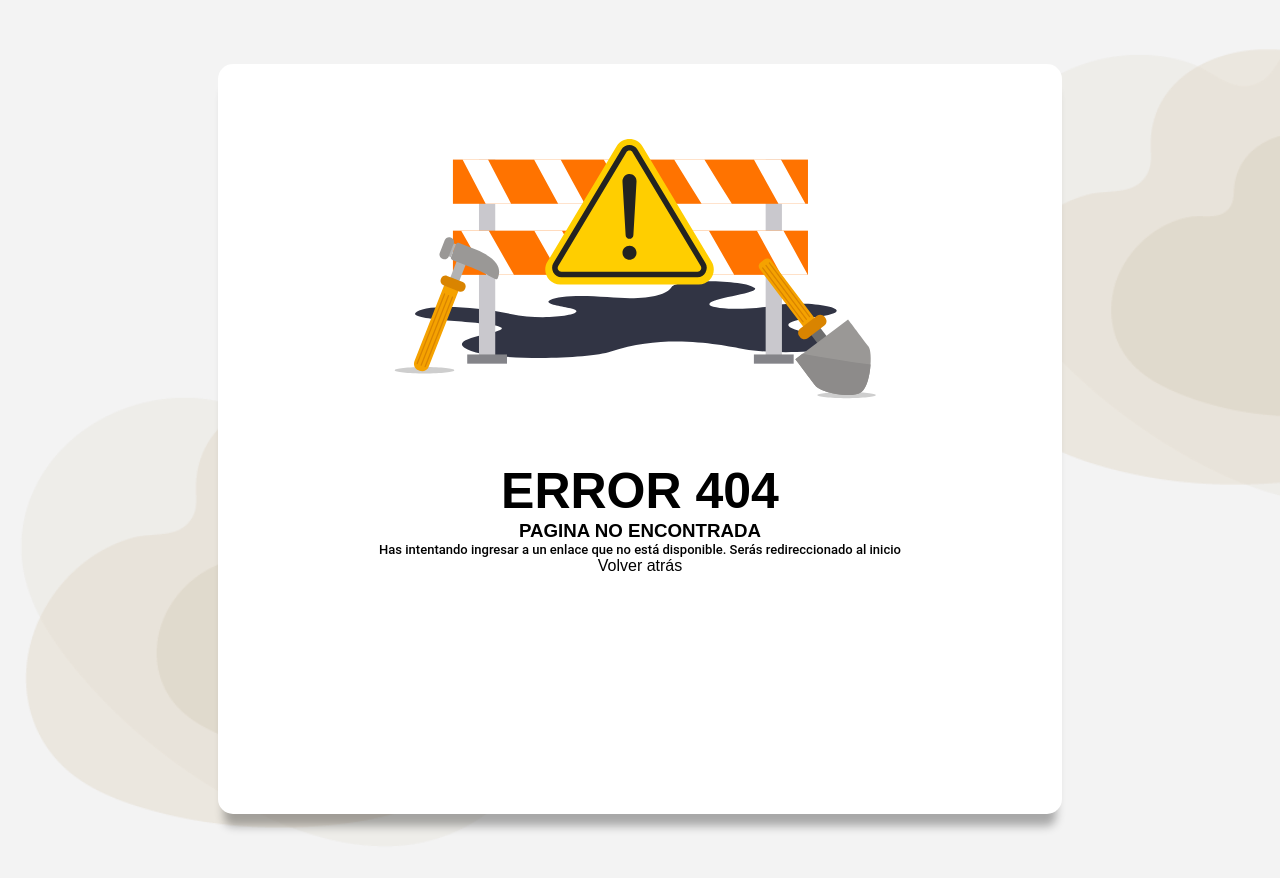
Repository: AlejandraBarrachina23/TPIntegrador_Barrachina_Java
Page: http://localhost/Alejandra_Barrachina_TP_Integrador1/error404.jsp
The author's editor kept a copy of each file at every save. The page is drawn from the files as they stood at one save, then again after the next save.
The browser window is 1280 px wide. The pictures show the whole page.
Some web libraries are served in a nearby version. The page is served by Tomcat 9. Nobody is signed in. The application's start-up code is not run. Other server files are loaded and not shown.

Above is the page before, as saved 2019-12-04 22:23:34.

### Alejandra_Barrachina_TP_Integrador1/WebContent/error404.jsp

<%@ page language="java" contentType="text/html; charset=ISO-8859-1"
    pageEncoding="ISO-8859-1"%>
<!DOCTYPE html>
<html>
<head>
<meta charset="ISO-8859-1">

<script src="https://kit.fontawesome.com/735f5623c2.js" crossorigin="anonymous"></script>
<link href="estilos.css" type="text/css" rel=stylesheet>
</head>
<body>

<div id="error-404">
		<img src="img/404.svg" alt="icono-advertencia" class="">
		<h2>ERROR 404</h2>
		<h3>PAGINA NO ENCONTRADA</h3>
		<p>Has intentando ingresar a un enlace que no está disponible. Serás redireccionado al inicio</p>
		<a href="javascript:window.history.back();"> Volver atrás</a>
</div>

<script>



</script>
</body>
</html>

### Alejandra_Barrachina_TP_Integrador1/WebContent/estilos.css
@charset "ISO-8859-1";


* {
	padding:0px;
	margin:0px;
	border:0px;
}

body {
		background-color:#f3f3f3;
		background-image: url(iconos/fondo.png);
		background-repeat: no-repeat;
 		background-size: cover;

}


/*=============================================================
      FORMULARIO LOGIN
 ============================================================== */

 #error-404 {

 	background-color:#fff;
 	width:65;
 	height:750px;;
 	margin	: 5% 17%;
 	box-shadow: 0px 18px 10px -6px rgba(0,0,0,0.31);
 	text-align:center;
 	font-family: 'Francois One', sans-serif;
 	border-radius: 15px;

 }

 #error-404 a{


	color:black;

 }

  #error-404 img {

  width:70%;

  }

  #error-404 h2 {

  font-size:50px;
  }

 #form-login {

	width:65%;
 	margin	: 5% 17%;

}

#form-login-right, #form-login-left {


	height:750px;
	float:left;
	background-color:#F9FBFC;

}

#form-login-left {

	width:65%;
	border-top-left-radius: 20px;
	border-bottom-left-radius: 20px;
	box-shadow: 0px 18px 10px -6px rgba(0,0,0,0.31);
	opacity:0.9;
}

#form-login-left img {

	width:90%;
	padding	: 10% 5%;

}

#form-login-right {

	width:33%;
	border-top-right-radius: 20px;
	border-bottom-right-radius: 20px;
	box-shadow: 13px 14px 10px -6px rgba(0,0,0,0.31);
	opacity:0.8;

}


h1 {

		font-size:50px;
		font-family: 'Bebas Neue', cursive;
		color:#2C5060;
		margin-top:30%;
		text-align:center;
}

p, #form-login-right a {

	font-family: 'Roboto', sans-serif;
	font-weight: 500;
	font-size: 13px;
	color:black;
	text-align:center;
}

.text-box {

	border-bottom: 1px solid black;
	width:250px;
	text-align: center;
	margin-left:12%;
}

.text-box i {

	float:left;
	color: #2C5060;
	padding:7px;
}

#form-login-right [type="text"], #form-login-right [type="password"]{

	padding:5px;
	width:180px;
	border:none;
	outline:none;
	background-color:#FAFCFD;
	font-family: 'Oswald', sans-serif;

}

.main-button {

	background-color: #2C5060;
	color:white;
	width:35%;
	font-size:15px;
	border-style:none;
	padding:5px;
	border-radius: 15px;
	border: 0px solid #000000;
	box-shadow: 10px 10px 25px -13px rgba(0,0,0,0.75);
	font-family: 'Oswald', sans-serif;
	margin-left: 50%;

}

.main-button:hover {

	background-color: #1a6373;
}

.iconos-redes {

	width:5%;

}


#login-informacion {

	width:90%;
	padding:5%;

}


#login-informacion a{

	font-family: 'Oswald', sans-serif;
	font-size:15px;
	margin-left:48%;
}

#login-contacto{

	margin-top:50%;
	text-align:center;
}


#login-contacto p {

	font-size:18px;
	font-family: 'Oswald', sans-serif;

}

#login-recuperacion{

	padding-top:20%;
	text-align:center;

}

.restart-button{

	background-color: #2C5060;
	color:white;
	width:35%;
	font-size:15px;
	border-style:none;
	padding:5px;
	border-radius: 15px;
	border: 0px solid #000000;
	box-shadow: 10px 10px 25px -13px rgba(0,0,0,0.75);
	font-family: 'Oswald', sans-serif;

}

#form-advertencia {

	width:100%;
	text-align:center;
	margin-top:50%;
	color:#E16C78;
	font-family: 'Oswald', sans-serif;

}

.icono-advertencia{

	margin-top:15%;
	padding:2%;
	width:30%;
	margin: 0 auto;

}

#form-advertencia p {

	color:#E16C78;
	font-size: 15px;
}

.blue{

	color:#30A9E3;
}


 /*=======================
      FORMULARIO INDEX
 ========================= */

 .section-principal{

	float:left;
	height:1100px;
	width:90%;
	background-color:#f3f3f3;
	color:black;
	text-align:center;
	margin-left:10%;
}

.section-principal select {

	font-family: 'Oswald', sans-serif;
	border:1px solid black;
	margin:5px;
	padding:2px;
	color:black;
}

.section-principal input{

	width:15%;
	padding:5px;
	border:1px solid black;
	font-family: 'Oswald', sans-serif;
}

.section-principal label{

	font-size:18px;
	font-family: 'Oswald', sans-serif;

}

.section-principal a{

	color:black;

}


nav {

	background-color:#2C5060;
	font-family: 'Francois One', sans-serif;
	width:10%;
	height:950px;
	font-size:15px;
	float:left;
	position:fixed;

}

 ul {

	list-sytle: none;
	width:100%;
}

a {

	text-decoration:none;
	color:white;

}

li:hover {

	border-left: solid 4px #2896BC;
	background-color: #2F5866;
	transition: background-color 0.3s;
	transition: border 0.3s;

}

ul li {

	border-left: solid 4px #2C5060;
	font-family: 'Oswald', sans-serif;
	padding:15px;
	border-bottom: 1px solid #2D5C6D;


}

.icon{

	width:13%;
	padding-right:5px;

}


#icon-usuario{

	width:40%;
}

li .icon{

	float:left;

}


#user {

	width:100%;
	margin-top:40%;
	text-align:center;
	padding: 10% 0%;
	border-bottom: 1px solid #2D5C6D;

}

#user h2{

	color:#fff;

}

#user p, #header-user p {

	font-size:15px;
	color:#fff;
	padding:8px;
	font-family: 'Oswald', sans-serif;
}

 /*=======================
      FORMULARIO ALUMNOS
 ========================= */


#logo{

	width:30%;
	height:150px;
	border-bottom: 1px solid white;
	color:white;
	text-align:center;
	margin-top:30px;
}

#alumnos-principal {

	background-color:#fff;
	width:83%;
	margin-left: 200px;
	height:300px;
	box-shadow: 10px 10px 25px -13px rgba(0,0,0,0.75);

}

#form-agregar-usuario {

	background-color: white;
	width:95%;
	height:200px;
	margin:20px;
	padding:10px;
	box-shadow: 10px 10px 25px -13px rgba(0,0,0,0.75);
	display: none;


}

#form-listado-alumnos,#form-cursos,#form-listado-calificaciones {

	background-color: white;
	width:97%;
	height:970px;
	margin:20px;
	padding:10px;
	box-shadow: 10px 10px 25px -13px rgba(0,0,0,0.75);

}

#form-cursos{

	background-color:#f3f3f3;
	box-shadow: none;
}

#btn-flecha {

	background-image: url("iconos/flecha.png");
	background-repeat: no-repeat;
	width:25px;
	height:25px;
	background-color:#2C5060;
	border: 0;
	float:right;

}

.dato {

	float:left;
	margin: 10px;
	width:23%;


}

.dato input {

		width: 200px;
		background: #f3f3f3;
		font: inherit;
		box-shadow: 0 6px 10px 0 rgba(0, 0, 0 , .1);
		border: 0;
		outline: 0;
		padding: 8px;

}

.encabezados {

	background-color:#2C5060;
	color:white;
	padding:10px;
	margin:10px;
	font-family: 'Oswald', sans-serif;

}



h3 {

	display:inline;

}

label {

	color:#2C5060;
	font-family: 'Open Sans', sans-serif;
	font-weight: 600;
	font-size: 10px;
}

.flecha {

	float:right;
}

.content-table{

	border-collapse:collapse;
	margin:20px 10px;
	font-size:0.9em;
	width:99%;
	min-width:600px;
	box-shadow: 7px 9px 23px -13px rgba(0,0,0,0.93);
	font-family: 'Roboto', sans-serif;

}

.content-table-cursos{

	border-collapse:collapse;
	margin:20px 10px;
	font-size:0.9em;
	width:50%;
	min-width:600px;
	box-shadow: 7px 9px 23px -13px rgba(0,0,0,0.93);
	font-family: 'Roboto', sans-serif;
}

.content-table th, .content-table-cursos {

	background-color:#2C5060;
	color:white;
	font-weight: 600;
	padding:12px;



}

.content-table tr,
.content-table td {

	padding:5px 5px;

}

.content-table td {

	border-bottom: 1px solid #dddddd;

}

.content-table tr:nth-of-type(even) {

	background-color:#f3f3f3;

}

.content-table tr:last-of-type {

	border-bottom: 3px solid #2C5060;

}

.content-table-cursos .content-fileter{

	width:50%;

}

.content-filter {

	background-color:#f3f3f3;
	width:100%;
	text-align:center;
	padding:10px;


}

.pie-pagina{

	float:left;
	margin-top:20px;
	text-align:right;
	width:100%;
}

 /*=======================
      FORMULARIO ALUMNOS
 ========================= */

#section-index{

	float:left;
	height:900px;
	width:100%;
	margin:1px 1px;
	text-align:center;

}

#index-encabezado{

	background-color:#2C5060;
	text-align:center;
	height:295px;
	width:100%;

}

#section-index img {

	width:50%;

}

#index-descripcion {

	box-shadow: 10px 10px 25px -13px rgba(0,0,0,0.75);
	font-family: 'Roboto', sans-serif;
	background-color:#fff;
}


#index-descripcion-encabezado{

	text-align:center;
	background-color:#fff;

}

#index-descripcion-encabezado img{

	width:50%;

}

#index-descripcion-encabezado h2{

	font-size:50px;
	font-family: 'Francois One', sans-serif;
	color:#2C5060;

}

#index-descripcion-encabezado p{

	font-size:15px;
	font-family: 'Francois One', sans-serif;
	color:#2C5060;

}

#index-descripcion-contenido{

	text-align:center;
	height:430px;
	padding-left:220px;
}

#index-descripcion-contenido-profesores{


	height:430px;
	width:100%;


}

#index-descripcion-contenido-profesores .index-item-descripcion{

	width:18%;
	height:300px;
	float:left;
	margin-left:40%;

}

.index-item-descripcion {

	width:18%;
	height:300px;
	float:left;
	margin:30px;

}

.index-item-descripcion img {

	width:40%;
	padding:0% 20%;
	margin:0% 5%;
}

.index-item-descripcion h3 {

	font-size:25px;
	font-family: 'Oswald', sans-serif;

}

.index-item-descripcion p {

	font-size:15px;

}

.btn-index {

	padding:10px;
	margin:10px 38px;
	background-color: #2C5060;
	font-family: 'Oswald', sans-serif;
	font-size:20px;
	color:#fff;
	width:60%;
	box-shadow: 10px 10px 25px -13px rgba(0,0,0,0.75);
	float:left;
	text-align:center;

}

.modal-fondo {

	background: rgba(0,0,0,0.3);
	position:fixed;
	top:0;
	bottom:0;
	left:0;
	right:0;
	display:flex;
	align-items:center;
	justify-content:center;
	visibility:hidden;

}

.modal-fondo.active{

	visibility:visible;
}

.modal-contenido {

	background-color:#fff;
	box-shadow: 10px 10px 25px -13px rgba(0,0,0,0.75);
	width:20%;
	border: 3px solid #2C5060;
	padding-bottom: 15px;
}

.modal-contenido .btn-modal {

	width:30%;
	color:white;
	background-color: #2C5060;
	font-size:20px;
	padding:5px;
	margin:5px;

}

.modal-contenido [type="text"] {

	width:70%;
	font-size: 13px;
	margin-bottom:15px;

}

.modal-contenido h3 {

	font-size: 20px;
	font-family: 'Oswald', sans-serif;
	background-color:#2C5060;
	display:block;
	color:#fff;
	padding:8px;

}

.modal-contenido label {

	font-size: 15px;
	font-family: 'Roboto', sans-serif;
}

.modal-contenido select, .modal-contenido [type="date"], .modal-contenido [type="email"], .modal-contenido [type="number"] {

	font-family: 'Oswald', sans-serif;
	border:1px solid black;
	margin:5px;
	padding:2px;
	width:74%;
	padding:1%;
	color:black;

}

.modal-contenido [type="date"], .modal-contenido [type="email"], .modal-contenido [type="number"]{

	width:71%;

}

.opciones {

	color:black;
	background-color:#fff;

}

.btnFormulario {

	width:12%;
	padding:10px;
	font-size: 15px;
	font-family: 'Oswald', sans-serif;
	border-radius: 8px;
	background-color:#2C5060;
	color:white;
	float:right;
	border:0;
	margin:8px;
}

td .btn-modificar {

	width:22%;
	height:32px;
	background-image:url(iconos/modificar.png);
	background-repeat: no-repeat;
	border:none;
	background-color:inherit;
}

td .btn-eliminar {

	width:22%;
	height:32px;
	background-image:url(iconos/borrar.png);
	background-repeat: no-repeat;
	border:none;
	background-color:inherit;

}

td .btn-mostrar {

	width:12%;
	height:32px;
	background-color:blue;
	background-image:url(iconos/mostrar.png);
	background-repeat: no-repeat;
	border:none;
	background-color:inherit;
}

td .btn-calificaciones {

	width:12%;
	height:32px;
	background-image:url(iconos/notas.png);
	background-repeat: no-repeat;
	border:none;
	background-color:inherit;
}

/*=============================================================
      FORMULARIO CURSOS
 ============================================================== */

#form-curso-izquierda{

	background-color: #fff;
	width:38%;
	float:left;
	color:black;
	padding:0px 5%;
	box-shadow: 10px 10px 25px -13px rgba(0,0,0,0.75);
}

#form-curso-derecha{

	width:38%;
	float:left;
	box-shadow: 10px 10px 25px -13px rgba(0,0,0,0.75);
	padding:5px 5%;
	margin-left:2%;
	background-color:#fff;

}

#form-curso-izquierda [type="text"], #form-curso-izquierda select{

	padding:5px;
	width:180px;
	background-color:#FAFCFD;
	font-family: 'Roboto', sans-serif;
	font-size: 12px;
	color:black;

}

#form-curso-izquierda label {

	font-size:18px;
	display: block;
	witdh:20px;
}

.form-cursos-encabezado-izquierda{

	background-color: #2C5060;
	width:100%;
	margin: 20px 0px;
	padding:1px;


}

.form-cursos-encabezado-izquierda h2{

	color:white;
	padding:2px;
	font-family: 'Oswald', sans-serif;
}

#form-curso-derecha #listado-alumnos {

	text-align:center;
	width:100%;

}

#form-curso-derecha #listado-alumnos li {

	font-size:15px;
	padding:0;
	width:20%;
	border:none;
	background-color:none;
	margin-left:40%;
	list-style: none;



}

#form-curso-derecha #listado-alumnos li:hover {

	background-color:white;
}

/*=============================================================
      FORMULARIO CALIFICACIONES
 ============================================================== */

.busqueda-califaciones{

	width:98%;
	margin:1%;
	box-shadow: 0px 18px 10px -6px rgba(0,0,0,0.31);
	background-color:#fff;
	padding-bottom:2%;

}

.busqueda-califaciones h2{

	width:99%;
	background-color:blue;
	color:#fff;
	background-color:#2C5060;
	font-family: 'Oswald', sans-serif;
	padding:0.5%;
	margin-bottom:1%;

}

#form-listado-calificaciones h2{

	color:#fff;
	background-color:#2C5060;
	font-family: 'Oswald', sans-serif;
	width:99%;
	padding:0.5%;

}


/*=============================================================
      FORMULARIO REPORTES
 ============================================================== */


#form-reportes{

	background-color: #f3f3f3;
	width:97%;
	height:970px;
	margin:20px;
	padding:10px;

}

#form-reportes-fila-uno{

	width:85%;
	height:250px;
	padding-left: 15%;

}

.fila-uno-items{

	width:15%;
	height:190px;
	float:left;
	margin:1%;
	box-shadow: 0px 18px 10px -6px rgba(0,0,0,0.31);
	background-color:#fff;
	padding:1%;
	border-radius:10px;

}

.fila-uno-items img {

	width:40%;
	padding:3%;


}

.fila-uno-items h2 {

	font-family: 'Oswald', sans-serif;
	font-size:20px;

}

.fila-uno-items p {

	font-size:25px;
	font-family: 'Francois One', sans-serif;
	color:#2C5060;

}

.fila-uno-items-pie{

	padding:2%;
	margin-left:25%;
}

.fila-uno-items-pie img {

	width:12%;
	float:left;
}


.fila-uno-items-pie p {

	font-size:20px;
	float:left;

}

#form-reportes-fila-dos{

	width:100%;
	margin-top:3%;
	height:500px;


}

.form-reportes-graficos{

	width:25%;
	background-color:#fff;
	float:left;
	box-shadow: 0px 18px 10px -6px rgba(0,0,0,0.31);
	margin:3% 1%;
	padding:3%;
	border-radius:5px;
}

.form-reportes-graficos h3 {

	font-family: 'Oswald', sans-serif;
	margin:5%;
}

#form-reportes-fila-dos h2, #form-reportes-fila-tres h2{

	font-family: 'Oswald', sans-serif;
	background-color:#2C5060;
	color:white;
	width:99.5%;
	padding:0.5%;

}

.fila-uno-items-pie{

	border-top: 1px solid #f3f3f3;

}

#form-reportes-fila-tres {

	width:100%;
	heigth:300px;

}

.reporte-fila-tres-promedio{

	width:39%;
	float:left;
	text-align:center;
	margin:0.5%;
	background-color:#fff;
	box-shadow: 0px 18px 10px -6px rgba(0,0,0,0.31);
	padding:0.5% 5%;

}

.reporte-fila-tres-promedio h3{

	font-family: 'Oswald', sans-serif;
}

#form-reportes-fila-tres .content-table {

	width:100%;
	float:left;
	padding:20px;
	margin:3% 6%;

}

.resultado-busqueda{

	width:98%;
	heigth:500px;
	background-color:#fff;
	overflow:hidden;
	margin-left:1%;
}

.resultado-busqueda-asistencias{

	width:98%;
	heigth:500px;
	overflow:hidden;
	margin-left:1%;

}

.tabla-resultado-busqueda{

	width:60%;
	float:left;
	margin: 1% 20%;

}

.resultado-busqueda-asistencias .tabla-resultado-busqueda{

	width:30%;
	float:left;
	margin: 1% 20%;
}


.titulos {

	background-color:#2C5060;
	color:#fff;
	padding:0.5%;
	font-family: 'Oswald', sans-serif;

}

.form-reportes-graficos-asistencias{

	width:30%;
}


.form-reportes-graficos-asistencias h3{

	font-family: 'Oswald', sans-serif;
}

.resultado-busqueda-asistencias .graficos-resultado-busqueda .form-reportes-graficos-asistencias{

	margin-left:35%;
	margin-top:1%;
}

.resultado-busqueda-asistencias .tabla-resultado-busqueda{

	margin-left:32%;
	margin-top:1%;
}

Loaded but not shown: Alejandra_Barrachina_TP_Integrador1/WebContent/img/404.svg (5837 lines, source omitted)

After the next save:
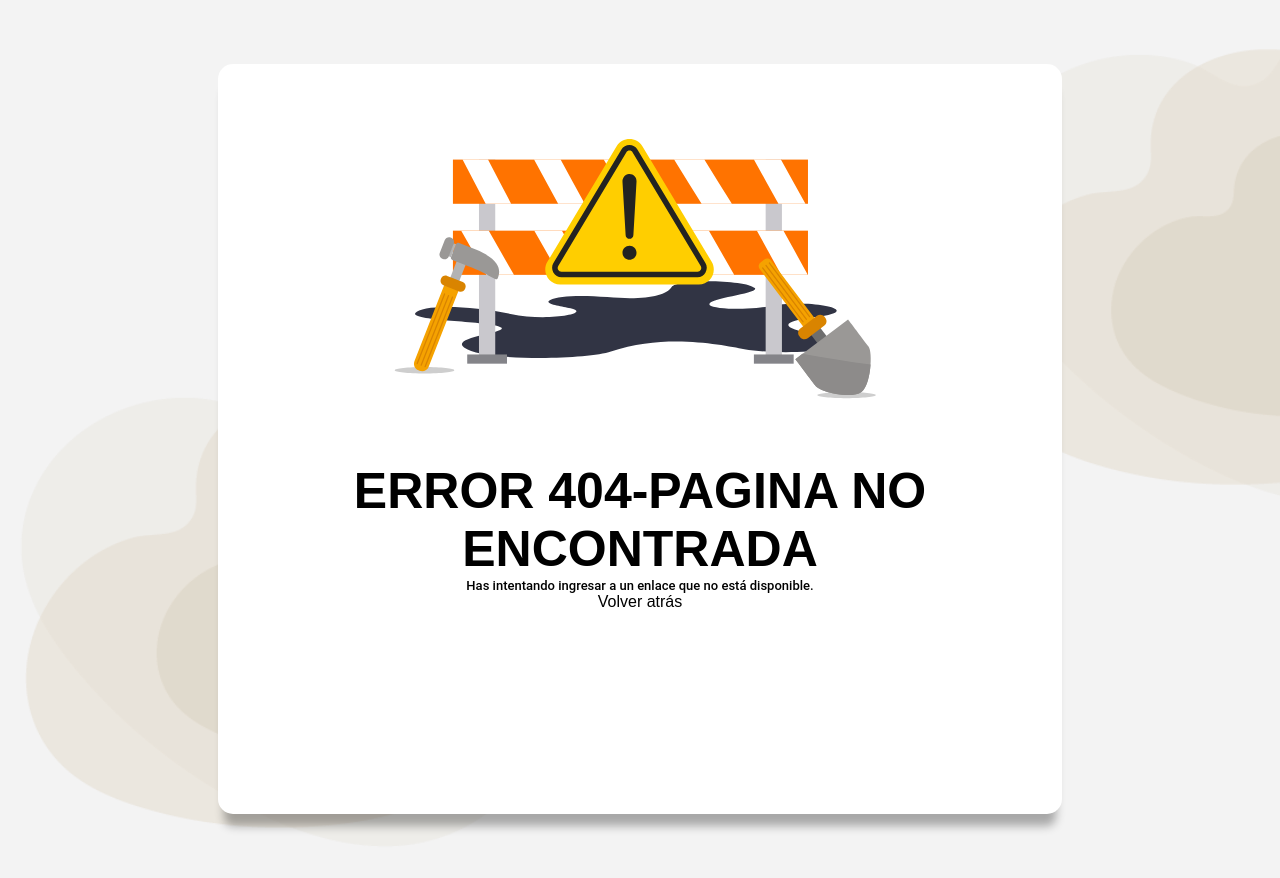
Saved 35 s later.
--- a/Alejandra_Barrachina_TP_Integrador1/WebContent/error404.jsp
+++ b/Alejandra_Barrachina_TP_Integrador1/WebContent/error404.jsp
@@ -13,9 +13,9 @@
 
 <div id="error-404">
 		<img src="img/404.svg" alt="icono-advertencia" class="">
-		<h2>ERROR 404</h2>
-		<h3>PAGINA NO ENCONTRADA</h3>
-		<p>Has intentando ingresar a un enlace que no está disponible. Serás redireccionado al inicio</p>
+		<h2>ERROR 404-PAGINA NO ENCONTRADA</h2>
+		<h3></h3>
+		<p>Has intentando ingresar a un enlace que no está disponible. </p>
 		<a href="javascript:window.history.back();"> Volver atrás</a>
 </div>
 
